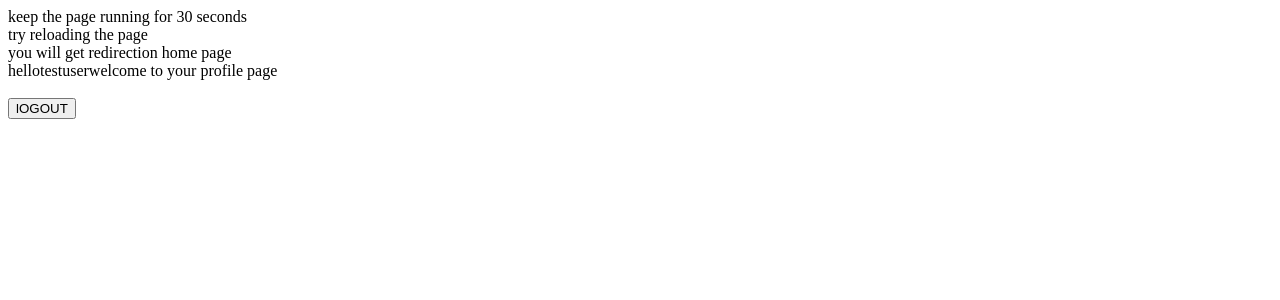
Repository: Muskan-Garg696/muskan_training
Page: http://localhost/RegitrationTest/Home.jsp
These files come from the project's save history. The page is drawn as it stood at one moment and after the next save; the edit follows.
The browser window is 1280 px wide. The pictures show the whole page.
The page is served by Tomcat 9. The session is filled in as if someone had signed in: {"user": "testuser"}.

Above is the page before, as saved 2019-09-05 09:17:17.

After the next save:
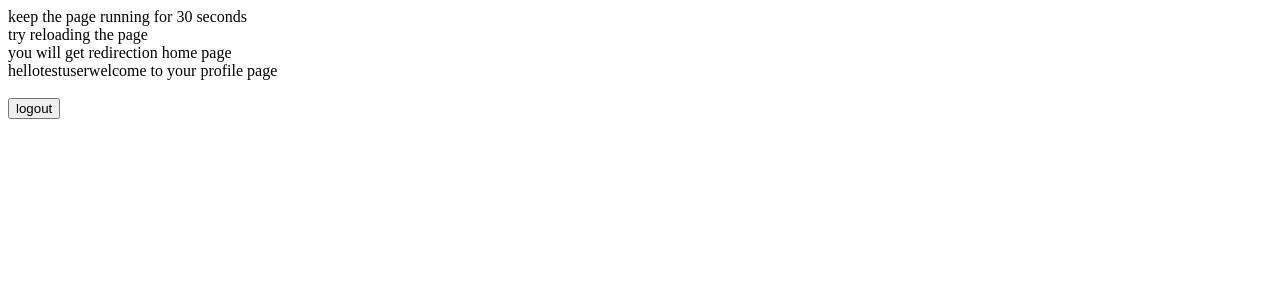
Saved 74 s later.
--- a/WebApplicationProject1/RegitrationTest/WebContent/Home.jsp
+++ b/WebApplicationProject1/RegitrationTest/WebContent/Home.jsp
@@ -29,6 +29,6 @@ response.sendRedirect("Login.html")	;
 <br>
 <br>
 <form action="LogoutController" method="post">
-<input type="submit"value="lOGOUT">
+<input type="submit"value="logout">
 </body>
 </html>
